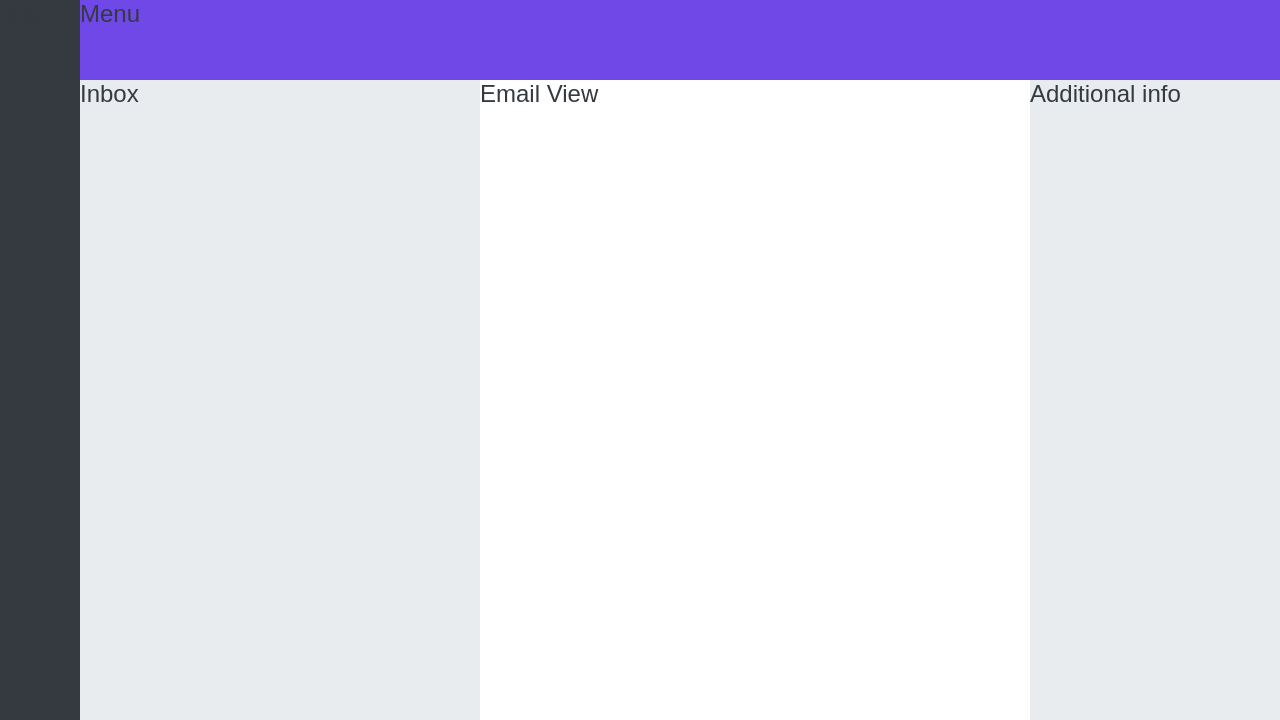
Repository: sunny070/CSS
Page: HTML and CSS some of the important components/06_app-layout.html
The author's editor kept a copy of each file at every save. The page is drawn from the files as they stood at one save, then again after the next save.
The browser window is 1280 px wide. The pictures show the whole page.

Above is the page before, as saved 2023-11-17 13:54:15.

After the next save:
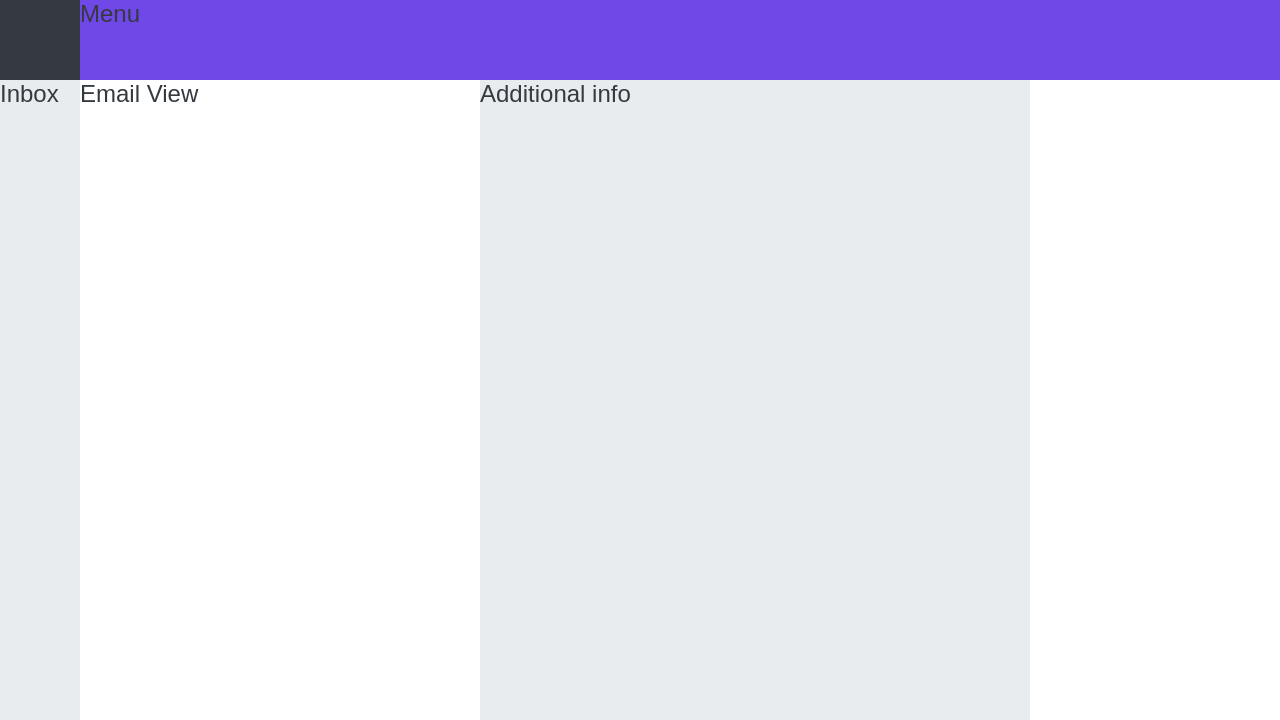
Saved 26 s later.
--- a/HTML and CSS some of the important components/06_app-layout.html
+++ b/HTML and CSS some of the important components/06_app-layout.html
@@ -21,6 +21,7 @@
         }
         nav{
             background-color:#343a40 ;
+            color:
             grid-row: 1/-1;
         }
         menu{

After the save that followed:
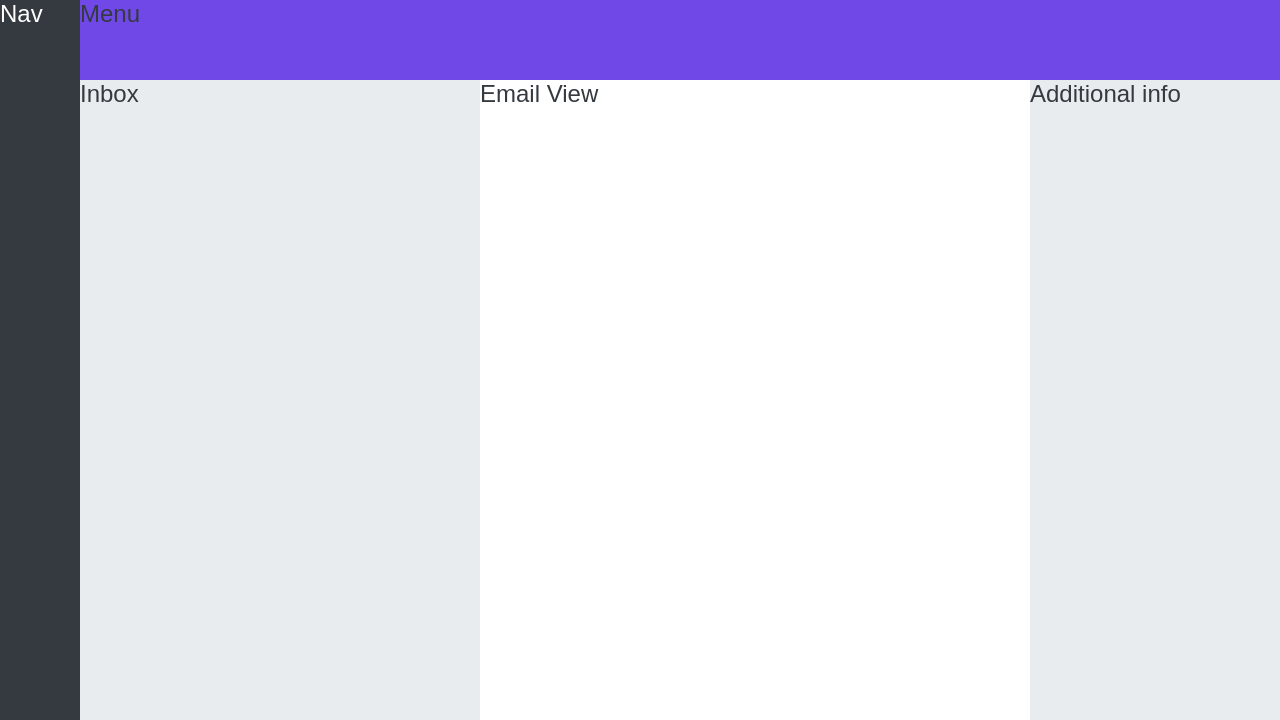
Saved 4 s later.
--- a/HTML and CSS some of the important components/06_app-layout.html
+++ b/HTML and CSS some of the important components/06_app-layout.html
@@ -21,7 +21,7 @@
         }
         nav{
             background-color:#343a40 ;
-            color:
+            color:#fff;
             grid-row: 1/-1;
         }
         menu{
